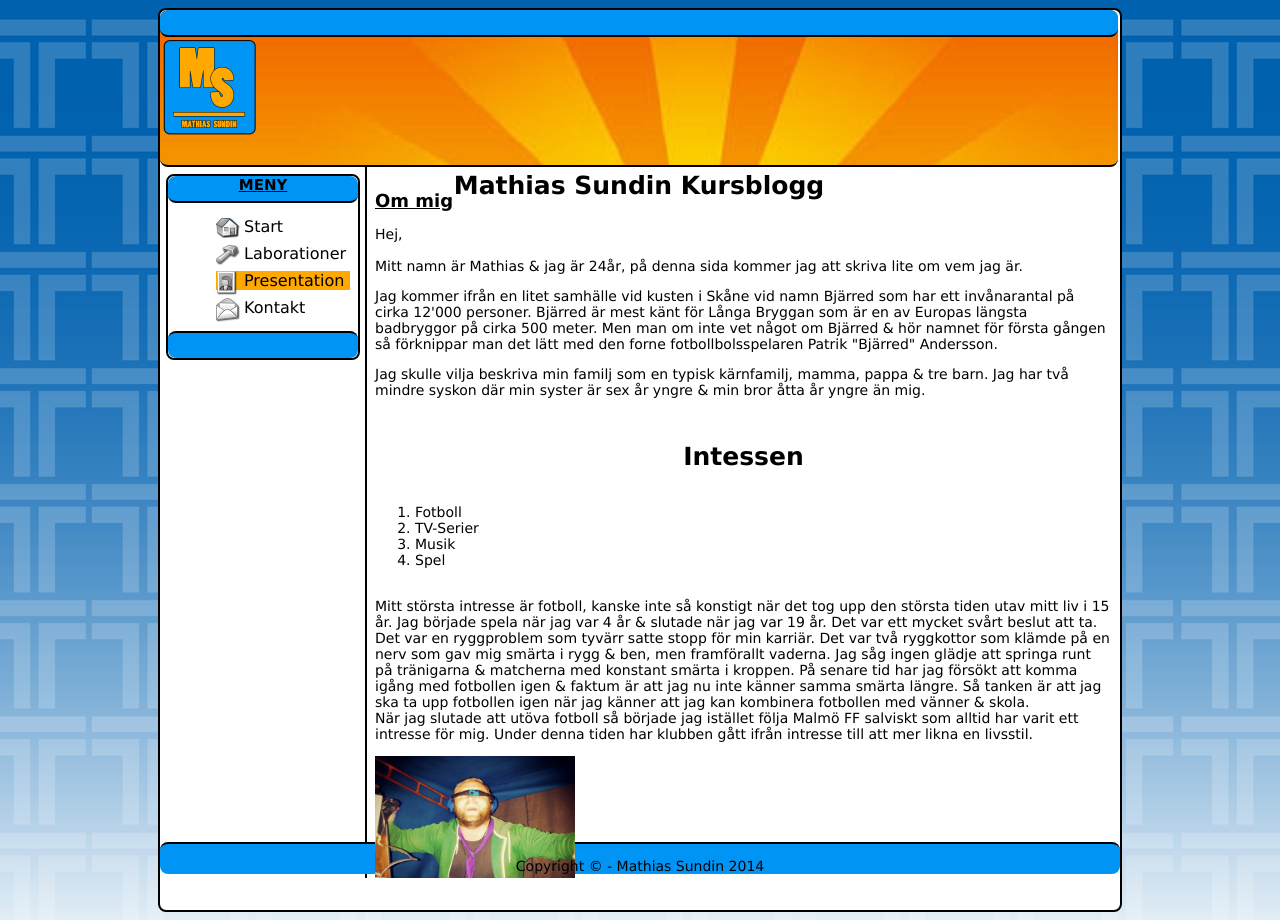
Repository: ms223uh/1ik415-laborationer
Page: www/pages/presentation.html
The author's editor kept a record of every edit. The page is drawn from the files as they stood at one moment, then again after the next edit.
The browser window is 1280 px wide. The pictures show the whole page.
An inner scrolling area shows only its first screen.

Above is the page before.

### www/pages/presentation.html
<!DOCTYPE html>

<html lang="sv">

    <head>
        <meta http-equiv="content-type" content="text/html; charset=utf-8" />
        <meta name="viewport" content="width=device-width, initial-scale=1.0" />

    <link rel="stylesheet" href="../css/style.css">
    <link rel="stylesheet" type="text/css" media="only screen and (max-width: 480px)" href="../css/mobile.css" />
    <link rel="stylesheet" href="../css/print.css">

        <title>Mathias Sundin</title>
    </head>
    <body>
    <!--Startsida-->

    <div id="wrapper">


    <div id="head">

    <div id="head2"></div>

            <img src="../pics/logo1.png" width="100" height="100" alt="Logo">

            <h4>Mathias Sundin Kursblogg</h4>




        </div>




<div id="meny">

<div id="head3"><h3>MENY</h3></div>
        <ul id="menyli">
            <li><a class="index" href="../index.html">Start</a></li>
            <li><a class="laborationer" href="laborationer.html">Laborationer</a></li>
            <li class="active"><a class="presentation" href="presentation.html">Presentation</a></li>
            <li><a class="kontakt" href="kontakt.html">Kontakt</a></li>

        </ul>



        <div id="footer2"> </div>

</div>

        <div id="content">





            <h2>Om mig</h2>

                <p>Hej,

            Mitt namn är Mathias & jag är 24år, på denna sida kommer jag att skriva lite om vem jag är. </p>

            <p>Jag kommer ifrån en litet samhälle vid kusten i Skåne vid namn Bjärred som har ett invånarantal på cirka 12'000 personer. Bjärred är mest känt för Långa Bryggan som är en av Europas längsta badbryggor på cirka 500 meter. Men man om inte vet något om Bjärred & hör namnet för första gången så förknippar man det lätt med den forne fotbollbolsspelaren Patrik "Bjärred" Andersson.</p>
            <p>Jag skulle vilja beskriva min familj som en typisk kärnfamilj, mamma, pappa & tre barn. Jag har två mindre syskon där min syster är sex år yngre & min bror åtta år yngre än mig.</p>

            <h4>Intessen</h4>
            <ol>
                <li>Fotboll</li>

                <li>TV-Serier</li>
                <li>Musik</li>
                <li>Spel</li>
            </ol>

            <p>
                Mitt största intresse är fotboll, kanske inte så konstigt när det tog upp den största tiden utav mitt liv i 15 år. Jag började spela när jag var 4 år & slutade när jag var 19 år. Det var ett mycket svårt beslut att ta. Det var en ryggproblem som tyvärr satte stopp för min karriär. Det var två ryggkottor som klämde på en nerv som gav mig smärta i rygg & ben, men framförallt vaderna. Jag såg ingen glädje att springa runt på tränigarna & matcherna med konstant smärta i kroppen. På senare tid har jag försökt att komma igång med fotbollen igen & faktum är att jag nu inte känner samma smärta längre. Så tanken är att jag ska ta upp fotbollen igen när jag känner att jag kan kombinera fotbollen med vänner & skola.
                När jag slutade att utöva fotboll så började jag istället följa Malmö FF salviskt som alltid har varit ett intresse för mig. Under denna tiden har klubben gått ifrån intresse till att mer likna en livsstil.
            </p>

            <a name="pic1"><img src="../pics/me1.jpeg" width="200" height="175"></a>
            <p>
                Ett av mina andra stora intresse är TV-Serier. Jag vet inte hur många serier jag har sett under mina år, man kan säga att jag har tappat räkningen för längesedan. Ett tag följde jag nog 5 serier samtidigt, så det blev ganska svårt att hålla koll på vilken som var vilken till slut. Vilket ledde till att jag tappade suget för  en del utav dom & sluta följa dom. Min topp3-lista för serier jag har sett består av: Band of Brothers, Lost & Weeds.
                Även musik är ett mycket stort intresse för mig - jag tycker att musik kan påverka oss olika lägen & situationer vi befinner oss i. Sen jobbar jag även som DJ på tillställningar ibland. En av mina drömmar är att spela på en stor housefestival, men då jag lägger för lite tid på spelningar så får jag vara glad för de spelningar jag gör.
                Data/TV-Spel är en stor passion. Förr vågade man inte tala om det på samma sätt som idag, & det beror väll på att E-Sporten har blivit mer accepterad i vårt samhälle idag än tidigare. Spelen jag spelar är CS:GO & SC2:Hots, FM-serien, men det spel jag nog har lagt flest timmar på är FIFA. Även det spel som har gett mig mest blåmärken på benen, då det är så stor prestige när man möter sina vänner. Så när man släpper in ett mål eller förlorar så slår man till sig själv.

            </p>

            <h4>Tidigare Erfarenhet</h4>

            <ul>
                <li><h4>Utbildning</h4>
                    <ul>
                        <li>Gymnasiet, El/data - Nätverk</li>
                        <li>Universitet, Lärare(avbruten)</li>
                        <li>Komvux</li>
                        <li>Fotboll, Tränare steg 1</li>
                    </ul>
                </li>
            </ul>

            <ul>
                <li><h4>Arbete</h4>
                    <ul>
                        <li>Vikarie, skola</li>
                        <li>Personlig assistent, diabetes</li>
                        <li>Servitör, restuarang</li>
                        <li>Fotbollstränare, fotbollsskola</li>
                    </ul>
                </li>
            </ul>


                   <p>
                       På gymnasiet läste jag el/data med inriktning på nätverk. Under denna utbildning fick jag även lära mig att koda i XHTML, CSS & SQL. Mitt gymnasie var privatägt & alla vet att då handlar det nästan bara om pengar. Så under mina tre år på skolan så hade vi tre rektorer, vilket påverkade min framtid efter studenten. Jag var mycket säker på vilken väg jag ville gå, men efter allt kaos på skolan så tappade jag motivationen för min utbildning.
                       Jag blev istället vikarie på flera enheter hemma i Bjärred, jag undervisade allt ifrån förskola till högstadie. Just då kändes detta som en naturlig väg att gå, så jag hoppade på lärarutbildningen i Uppsala. Under min studiegång i Uppsala fick jag reda på att min yngsta moster var sjuk i cancer & fokuset på skolan var inte helt 100. Men jag klarade mig fram till sommaren. När höstterminen började blev även min mosters läge sämre, samtalen hem blev allt mer frekvensa. Till slut bestämde jag mig för att ta en paus ifrån utbildningen då jag inte kunde hålla fullt fokus på grund av allt som pågick.
                       Jag bodde hemma i cirka en månad innan min moster gick bort. Någon vecka efter hennes bortgång var det dags att flytta upp till Uppsala igen & ta igen allt jag hade missat. Men det slutade med att jag avbröt mina studier helt & flyttade hem till Bjärre igen. När jag väl kom hem började jag jobba som vikarie igen & senare som  personlig assistent för en yngre kille med diabetes. Under denna tiden började intresset för min utbildning som jag läst på gymnasiet komma tillbaka & en massa idéer som  som jag vill göra i framtiden dök upp i huvudet på mig. Jag slutade som vikarie & började läsa upp två betyg på komvux i Malmö för att komma in på utbildningen som jag befinner mig på nu,
                       Utvecklare av Digitala Tjänster.
                   </p>

                  <dl>
                      <h4><dt>Vad jag är bra på</dt></h4>
                      <dd>
                          Jag är bra på att priotera vad som ska göras & struktuera upp saker & arbeten. Jag är även mycket bra på att föra mig socialt & har lätt för att skapa nya kontakter.
                          Idag är har jag stor motivation & har fullt fokus på det som jag arbetar med. Jag är mycket positiv & älskar att sprida glädje till min omgivning.
                      </dd>
                      <h4><dt>Vad jag är mindre bra på</dt></h4>
                      <dd>
                          En av mina svaga sidor är att jag ibland(inte så ofta) kan tappa humöret när saker & ting inte fungerar som det ska. Jag arbetar mycket på denna punkt för jag vet
                          att det kommer dyka upp många problemlösningar under utbilningen på LNU. Trots att jag är socialt lagd, så tycker jag inte om att redovisa, det är bland det värsta jag vet.
                          Men när jag väl har börjat så flyter det på.
                      </dd>
                  </dl>










        </div>

    <div id="footer">

        <p>Copyright © - Mathias Sundin 2014</p>

    </div>


        </div>
















    </body>
</html>

### www/css/style.css

/* Layout */

body
{
    background: url(pics/backgroundimage2.jpeg) no-repeat;
}


#wrapper
{
    background-color: #ffffff;
    width: 960px;
    height: 900px;
    margin-right: auto;
    margin-left: auto;
    border: solid 2px #000000;
    border-radius: 8px;

}




#head
{
    width: 958px;
    height: 155px;
    background-color: #FFFFFF;
    border-radius: 8px;
    border-bottom: solid 2px #000000;
    margin-top: 0px;
    background: url(pics/backgroundimage8.jpeg) no-repeat;


}


#head2
{
    width: auto;
    height: 25px;
    background-color: #0095F4;
    border-bottom: solid 2px #000000;
    text-align: center;
    border-radius: 8px;
    margin-top: 0px;
}


#head3
{
    width: auto;
    height: 25px;
    background-color: #0095F4;
    border-bottom: solid 2px #000000;
    text-align: center;
    border-radius: 8px;
    margin-top: -15px;
}




#content
{
    height: 695px;
    background-color: #ffffff;
    margin-left: 205px;
    margin-top: 0px;
    padding: 8px;
    overflow: auto;
    border-left: solid 2px #000000;
}




#meny
{
    /*background-image: url('pics/sprite.png') no-repeat;*/
    width: 190px;
    height: 182px;
    background-color: #FFFFFF;
    border: solid 2px #000000;
    float: left;
    margin-top: 7px;
    margin-left: 6px;
    border-radius: 8px;

}


#menyli a:link { text-decoration: none; color: #000000; font-family: verdana; font-size: 16px;}
#menyli a:visited { text-decoration: none; color: #000000; font-family: verdana; font-size: 16px; }
#menyli a:active { text-decoration: none; color: #000000; font-family: verdana; font-size: 16px; }
#menyli li a:hover { text-decoration: none; color: #CCCCCC; font-family: verdana; font-size: 16px; background: #0095F4; }


#menyli li
{
    list-style: none;
    margin: 8px;
}

#meny a
{
    background-image: url('pics/sprite.png');
    background-repeat:no-repeat;
    padding-left: 28px;
    padding-bottom: 5px;
}




#footer
{
    background-color: #0095F4;
    width: auto;
    height: 30px;
    border-radius: 8px;
    border-top: solid 2px #000000;
    text-align: center;
    vertical-align: middle;
    margin-top: -36px;

}


#footer2
{
    width: auto;
    height: 25px;
    background-color: #0095F4;
    border-top: solid 2px #000000;
    text-align: center;
    border-radius: 8px;
}


#footer3
{
    width: auto;
    height: 25px;
    background-color: #0095F4;
    border-top: solid 2px #000000;
    text-align: center;
    border-radius: 8px;
    margin-top: -157px;
}



/* Typografi */


p
{
    font-family: Verdana; font-size: 14px; color: #000000;
    white-space: pre-line;
}

h2
{
    font-family: Verdana; font-size: 18px; color: #000000; text-decoration: bold; text-decoration: underline;
}

h3
{
   font-family: Verdana; font-size: 15px; color: #000000; text-decoration: bold; text-decoration: underline;
}


h4
{
   font-family: Verdana; font-size: 25px; color: #000000; text-decoration: bold;
   text-align: center;
   margin-top: 0;
   padding-top: 30px;
}




h5
{
   font-family: Verdana; font-size: 15px; color: #5D5F60; text-decoration: bold;


}


ol
{
    font-family: Verdana; font-size: 14px; color: #000000;

}

ul
{
font-family: Verdana; font-size: 14px; color: #000000;

}

a:link { text-decoration: underline; color: #000000; font-family: verdana; font-size: 14px;}
a:visited { text-decoration: none; color: #000000; font-family: verdana; font-size: 14px; }
a:active { text-decoration: none; color: #000000; font-family: verdana; font-size: 14px; }
a:hover { text-decoration: none; color: #CCCCCC; font-family: verdana; font-size: 14px; }





thead
{
    background-color: #0095F4;
     color: #000000; font-family: verdana; font-size: 15px;
}

tfoot
{
    background-color: #0095F4;
     color: #000000; font-family: verdana; font-size: 15px;
}

table {
  border-collapse: collapse;

}


.active
{
    text-decoration: none; color: #FFFFFF; font-family: verdana; font-size: 16px; background: #FFA800
}

.right
{
    float: right;

}


.left
{
    float: left;

}


/* Sprites */

#meny li a.index
{
    background-position: 0 -49px;


}

#meny li a:hover.index
{
    background: url('pics/sprite.png') no-repeat 0 -1px;
	width: 24px;
	height: 22px

}


#meny li a.laborationer
{
    background: url('pics/sprite.png') no-repeat 0 -145px;
	width: 24px;
	height: 22px;

}

#meny li a:hover.laborationer
{
    background: url('pics/sprite.png') no-repeat 0 -97px;
	width: 24px;
	height: 22px;

}


#meny li a.presentation
{
    background: url(pics/sprite.png) no-repeat -1px -240px;
	width: 22px;
	height: 24px;
    text-indent: 20px;
}

#meny li a:hover.presentation
{
    background: url('pics/sprite.png') no-repeat -1px -192px;
	width: 22px;
	height: 24px;

}


#meny li a.kontakt
{
    background: url('pics/sprite.png') no-repeat 0 -336px;
	width: 24px;
	height: 24px;

}

#meny li a:hover.kontakt
{
    background: url('pics/sprite.png') no-repeat 0 -288px;
	width: 24px;
	height: 24px;

}


/* Kontaktformulär */

fieldset {
  padding: 5px;
  font-family: verdana;
  font-size: 14px;
  width: 450px;
  border: solid 1px #000000;
  }

label {
  float: left;
  width: 70px;
  margin-right: 15px;
  font-weight: bold;
  font-family: verdana;
  font-size: 14px;
  color: #000000;
  text-align: right;

  }

  textarea
  {
      width: 300px;
      height: 110px;
      resize: none;
      font-family: verdana;
      font-size: 12px;
      color: #000000;
  }

  input:invalid {
  background: #ffffff;
}

input:valid {
  background: #ffffff;
}

### www/css/print.css
@media print {


body {
    background:white; color:black;
}


#head, #head2, #head3, #meny, #footer, #footer2, #footer3
{
    display: none;
}


#wrapper, #content
{
   border: none;
   overflow: visible;
   margin: 0 auto;

}


a:link:after, a:visited:after
{
    content:" [" attr(href) "] ";

}


video
{
    display: none;
}


}

### www/css/mobile.css
@media screen and (max-width:480px){


body
{
  width: 100%;
  background: none;
    padding: 0;
    margin: 0;
}

#wrapper
{
 width: 100%;
 border: none;
 padding: 0;
 margin: 0;
}

#head
{
 width: 100%;
 border: solid 2px #000000;
 padding: 0;
 margin: 0;
 border: none;

}


#head3
{
 border: none;
 width: 100%;
 padding: 0;
    margin: 0;
}



#content
{
  width: 100%;
  border: none;
  margin-left: 0;
  height: auto;
  padding: 0;
  margin: 0;
}


#footer
{
 width: 100%;
 padding: 0;
 margin: 0;
 border: none;
}


#meny
{
width: 100%;
border: none;
padding: 0;
margin: 0;
}






.leftt{
 width:200px;
}

}


fieldset {
  padding: 0;
  font-family: verdana;
  font-size: 14px;
  width: auto;
  border: none;
  }

label {
  float: left;
  width: 70px;
  margin-right: 0;
  font-weight: bold;
  font-family: verdana;
  font-size: 14px;
  color: #000000;
  text-align: right;
  border: none;
  }

After the next edit:
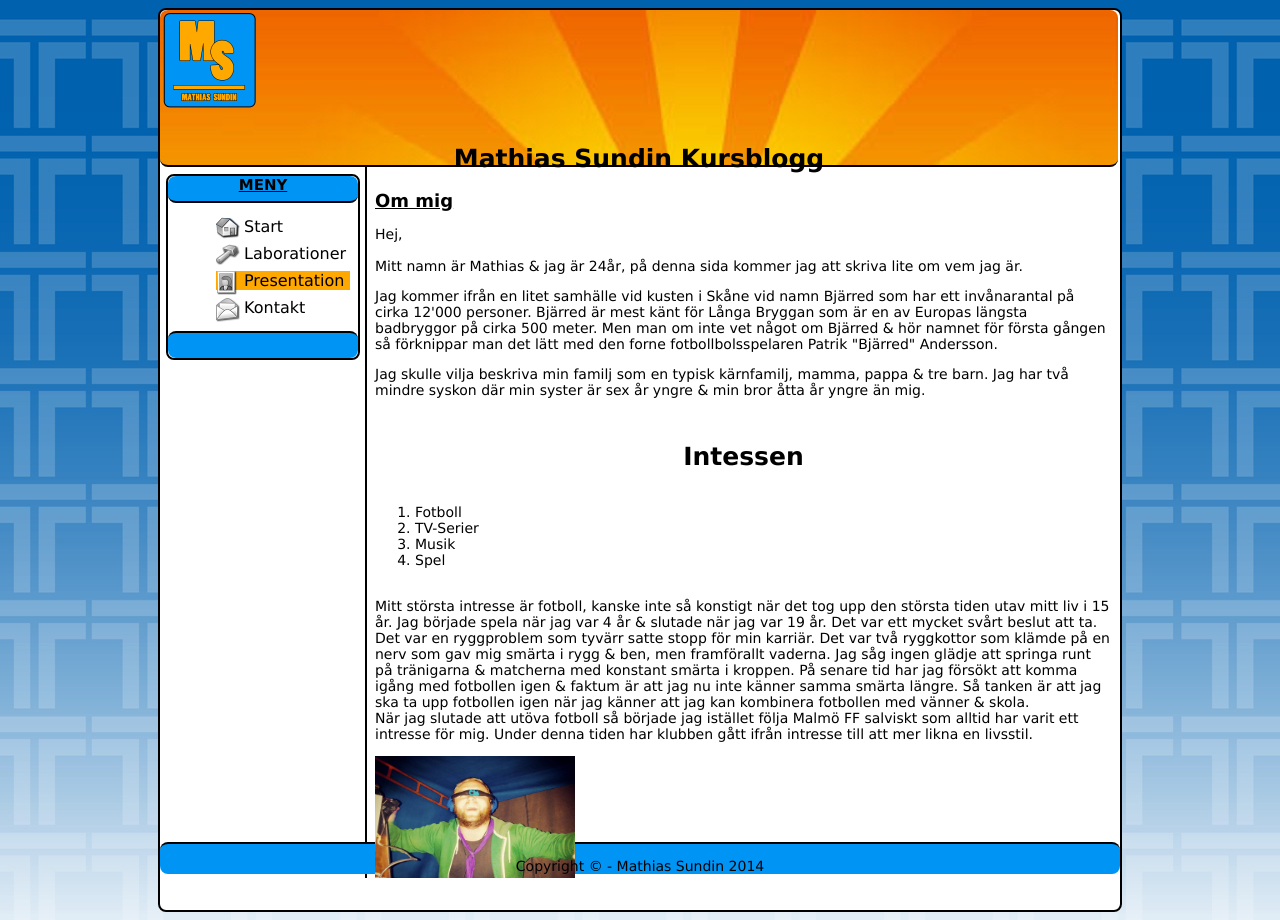
The edit:
--- a/www/pages/presentation.html
+++ b/www/pages/presentation.html
@@ -20,7 +20,7 @@
 
     <div id="head">
 
-    <div id="head2"></div>
+
 
             <img src="../pics/logo1.png" width="100" height="100" alt="Logo">
 
